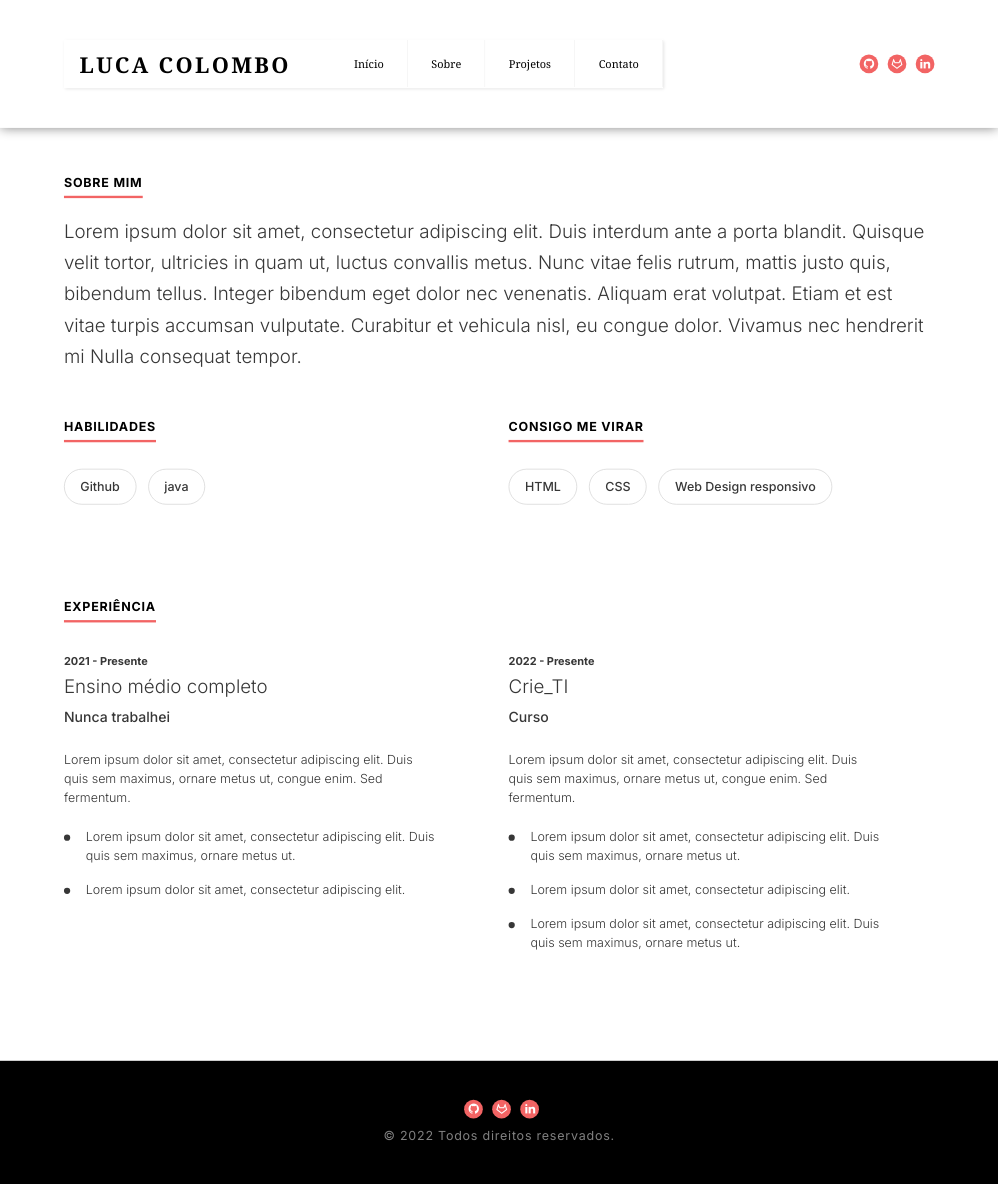
Repository: lxcxcxlxmb/portfolio
Page: sobre.html
An editor plug-in stored every save of this project. The page is shown before and after the next save, followed by the edit.
The browser window is 1280 px wide. The pictures show the whole page, at 78% of full size.

Above is the page before, as saved 2022-05-25 22:11:16.

After the next save:
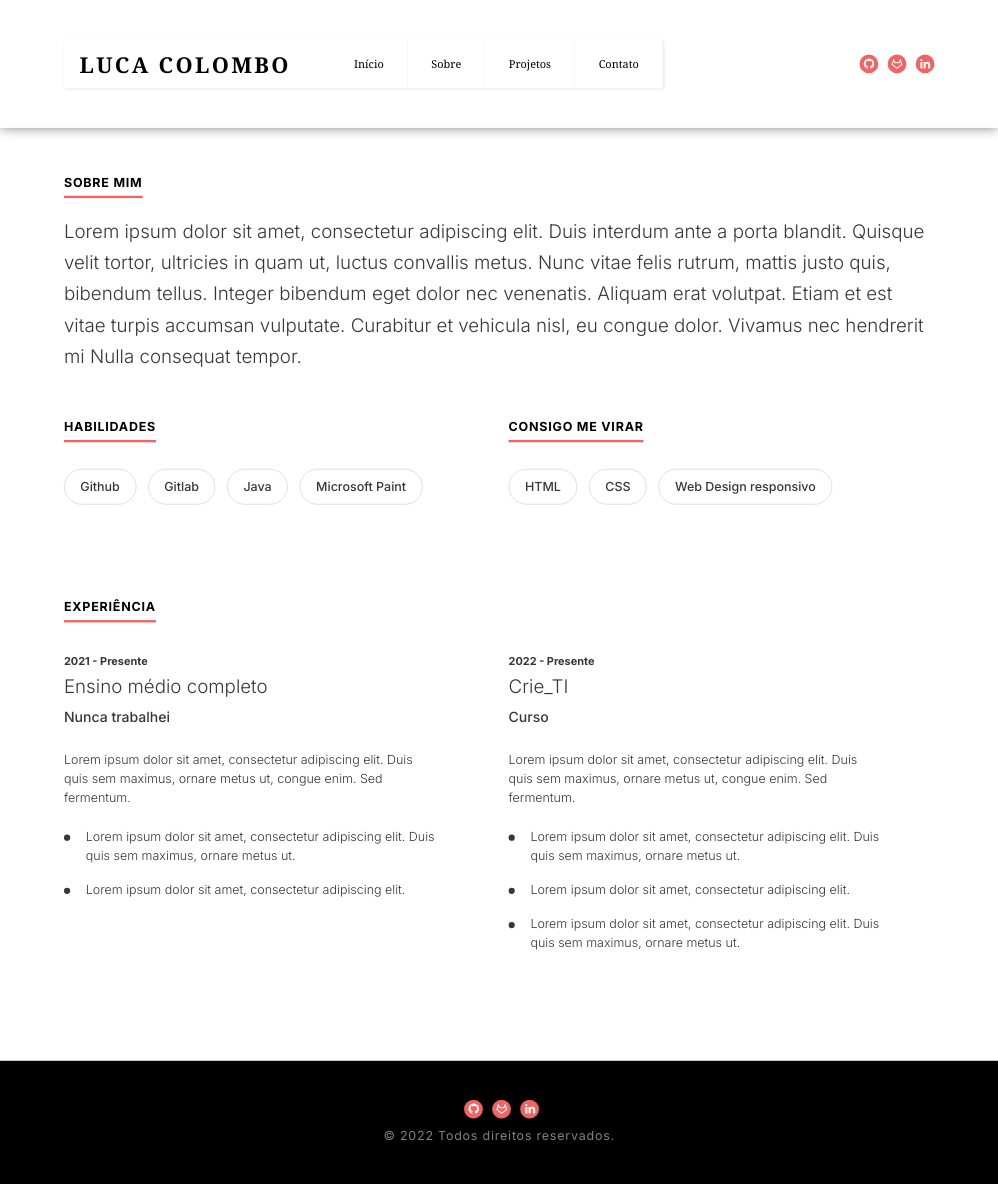
Saved 93 s later.
--- a/sobre.html
+++ b/sobre.html
@@ -81,7 +81,9 @@
           <h2 class="ds-heading">Habilidades</h2>
           <ul class="ds-skills-list">
             <li>Github</li>
-            <li>java</li>
+            <li>Gitlab</li>
+            <li>Java</li>
+            <li>Microsoft Paint</li>
           </ul>
         </div>
         <div class="col-12 col-sm-12 col-md-6 col-lg-6 col-xl-6 col-xxl-6">
